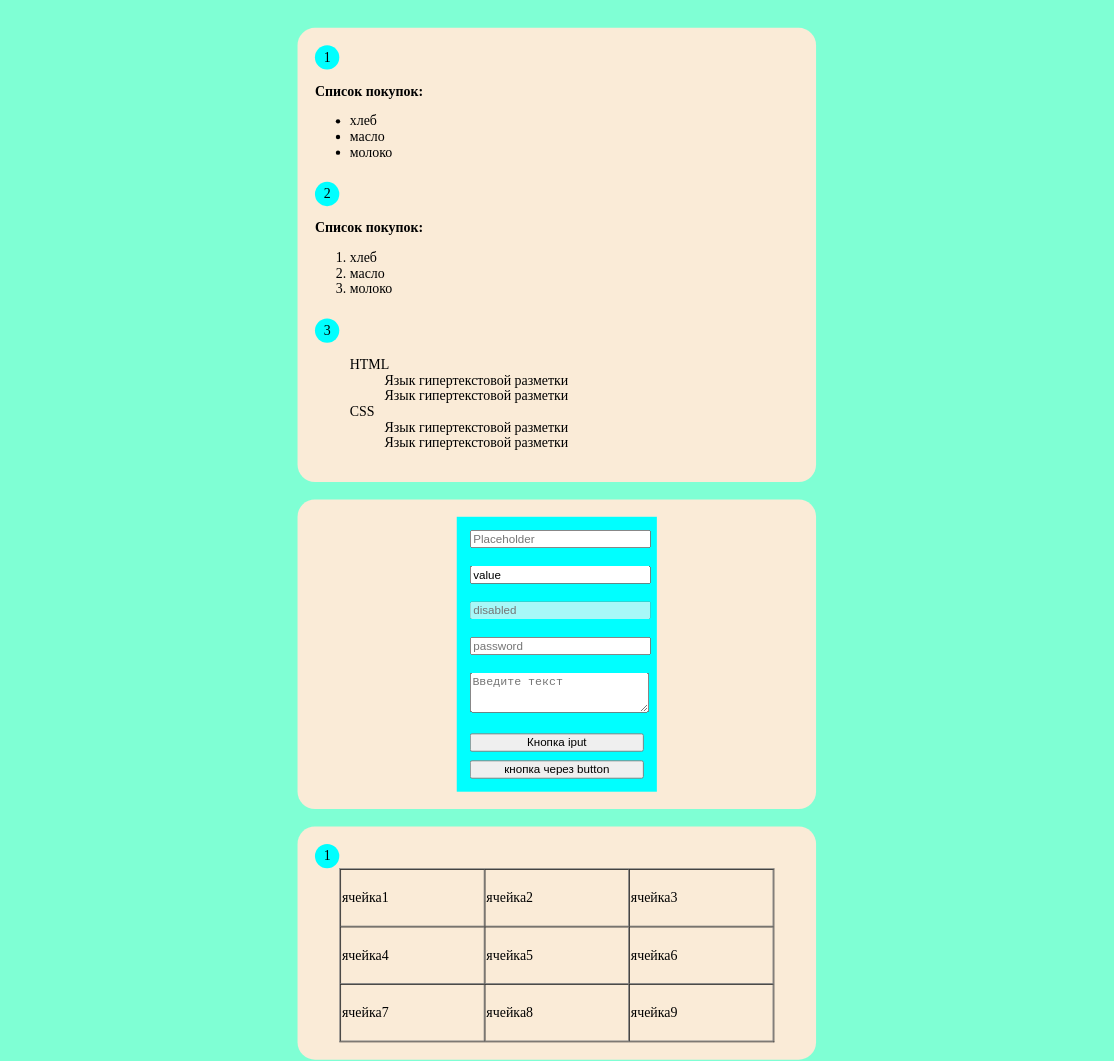
Repository: Savich01/-
Page: html/index.html
The author's editor kept a copy of each file at every save. The page is drawn from the files as they stood at one save, then again after the next save.
The browser window is 1280 px wide. The pictures show the whole page, at 87% of full size.

Above is the page before, as saved 2024-05-31 16:15:02.

### html/index.html
<!DOCTYPE html>
<html lang="en">
<head>
    <meta charset="UTF-8">
    <meta name="viewport" content="width=device-width, initial-scale=1.0">
    <title>Document</title>
    <link rel="stylesheet" href="/css/style.css">
</head>
<body>

    <header class="header">

    </header>
    <main class="main">
        <div class="container">
            <section class="section-1">
                <div class="block">1</div>
                <p class="text">
                    <b>Список покупок:</b>
                </p>
                <ul class="list">
                    <li>хлеб</li>
                    <li>масло</li>
                    <li>молоко</li>
                </ul>

                <div class="block">2</div>
                <p class="text">
                    <b>Список покупок:</b>
                </p>
                <ol class="list">
                    <li>хлеб</li>
                    <li>масло</li>
                    <li>молоко</li>
                </ol>

                <div class="block">3</div>
                <ul class="main-list--item">
                    <li>HTML
                        <ul>
                            <li class="main-link">Язык гипертекстовой разметки</li>
                            <li class="main-link">Язык гипертекстовой разметки</li>
                        </ul>
                    </li>
                    <li>CSS
                        <ul>
                            <li class="main-link">Язык гипертекстовой разметки</li>
                            <li class="main-link">Язык гипертекстовой разметки</li>
                        </ul>
                    </li>
                </ul>
            </section>

            <section class="section-2">
                <form action="#" class="form">
                    <input class="input" type="text" placeholder="Placeholder">
                    <input class="input" type="text" value="value">
                    <input class="input" type="text" disabled="disabled" placeholder="disabled">
                    <input class="input" type="password" placeholder="password">
                    <textarea class="textarea" placeholder="Введите текст"></textarea>
                    <input class="input-btn" type="button" value="Кнопка iput">
                    <button class="button">кнопка через button</button>
                </form>
            </section>

            <section class="section-3">
                <div class="block">1</div>
                <table class="table" width=500 height=200 border="1" cellpedding="0" cellspacing="0">
                    <tr class="table-line">
                        <td>ячейка1</td>
                        <td>ячейка2</td>
                        <td>ячейка3</td>
                    </tr>
                    <tr>
                        <td>ячейка4</td>
                        <td>ячейка5</td>
                        <td>ячейка6</td>
                    </tr>
                    <tr>
                        <td>ячейка7</td>
                        <td>ячейка8</td>
                        <td>ячейка9</td>
                    </tr>
                </table>
            </section>
        </div>
    </main>
    <footer class="footer">

    </footer>

</body>
</html>

### css/style.css
body{
    max-width: 600px;
    height: 100%;
    margin: 0 auto;
    background-color: aquamarine;
    padding: 0px 10px;
}

.container{
    padding: 2px;
    margin-top: 30px;
}
/* ==========SECTION-1========================== */
.section-1{
    padding: 20px;
    background-color: antiquewhite;
    border-radius: 20px;
    margin-bottom: 20px;
}

.block{
    background-color:aqua;
    display: inline-block;
    padding: 5px 10px;
    border-radius: 100%;
}

.list{
    margin-bottom: 25px;
}
.main-list--item{
    list-style: none;
    /* text-decoration: none; */
}

.main-link{
    list-style: none;
}

/* ==========SECTION-2========================== */

.section-2{
    background-color: antiquewhite;
    border-radius: 20px;
    padding: 20px;
    margin-bottom: 20px;
}

.form{
    margin: 0 auto;
    max-width: 200px;
    padding: 15px;
    background-color: aqua;
}
.input{
    margin: 0 auto;
    width: 100%;
    margin-bottom: 20px;
}
.textarea{
    width: 100%;
    height: 40px;
    margin-bottom: 20px;
}

.input-btn{
    display: block;
    width: 100%;
    margin-bottom: 10px;
    cursor: pointer;
}
.button{
    display: block;
    width: 100%;
    cursor: pointer;
}

/* ==========SECTION-3========================== */

.section-3{
    background-color: antiquewhite;
    border-radius: 20px;
    padding: 20px;
}

.table{
    margin: 0 auto;
    /* height: 200px; */
}

After the next save:
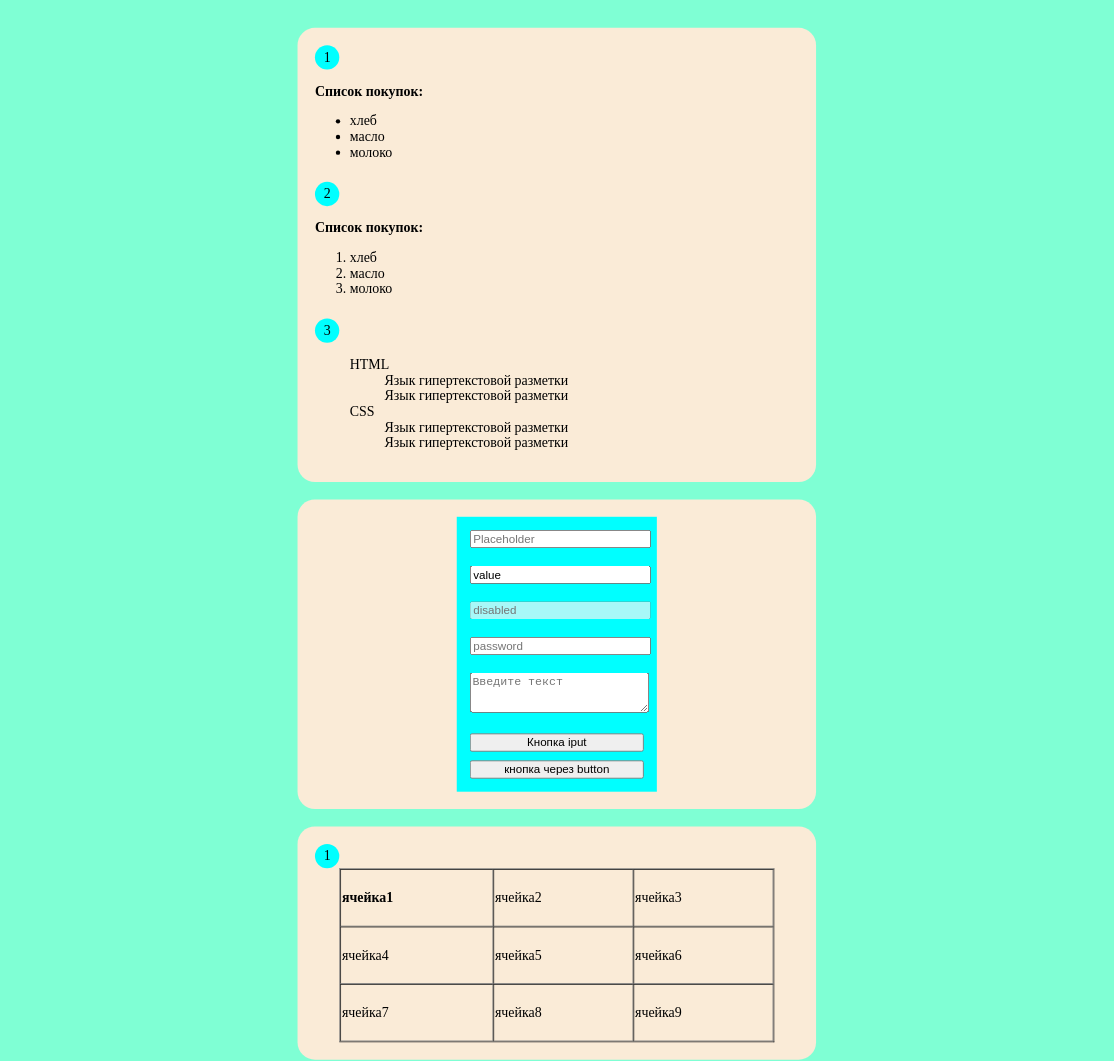
Saved 26 s later.
--- a/html/index.html
+++ b/html/index.html
@@ -67,7 +67,7 @@
                 <div class="block">1</div>
                 <table class="table" width=500 height=200 border="1" cellpedding="0" cellspacing="0">
                     <tr class="table-line">
-                        <td>ячейка1</td>
+                        <td><b>ячейка1</b></td>
                         <td>ячейка2</td>
                         <td>ячейка3</td>
                     </tr>

After the save that followed:
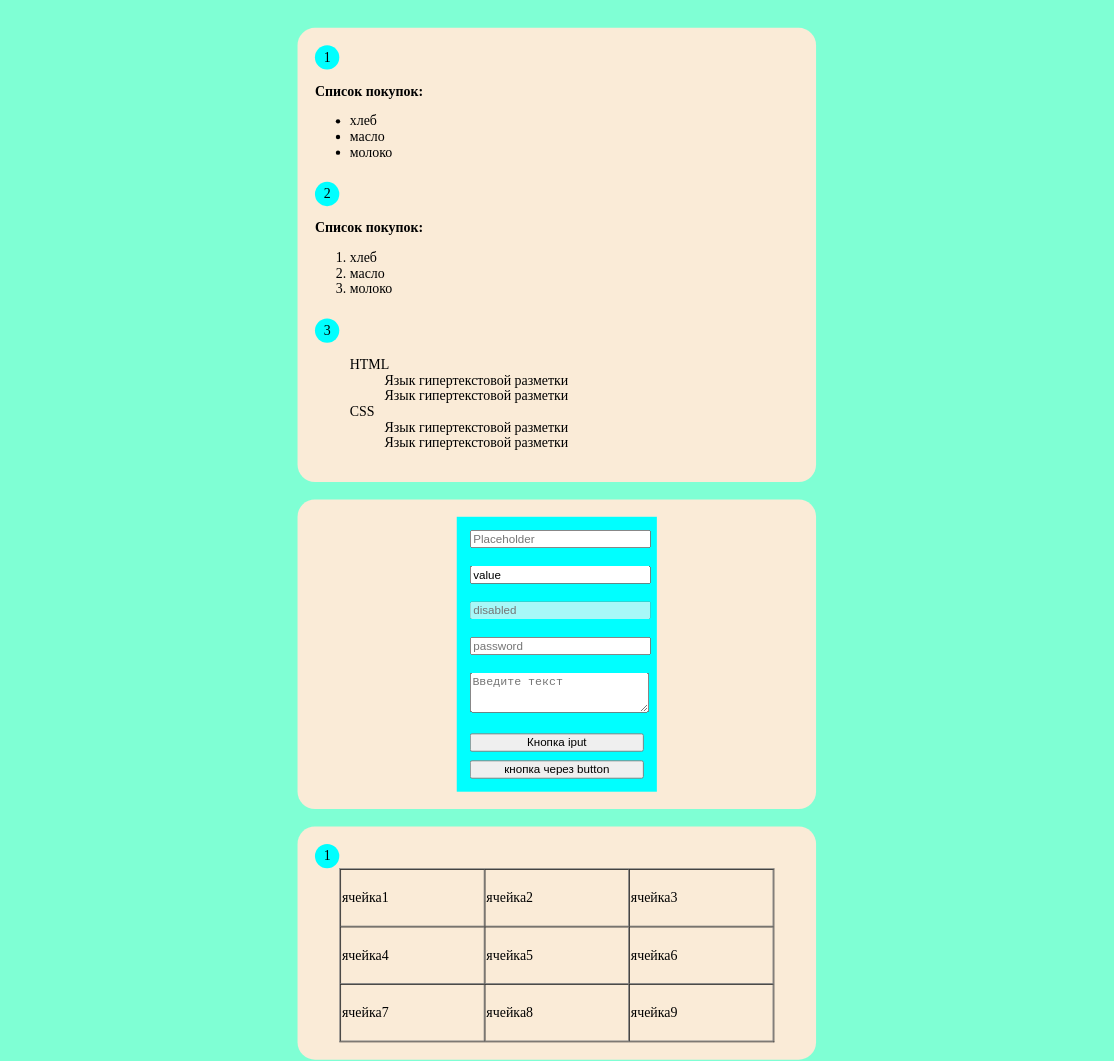
Saved 11 s later.
--- a/html/index.html
+++ b/html/index.html
@@ -67,7 +67,7 @@
                 <div class="block">1</div>
                 <table class="table" width=500 height=200 border="1" cellpedding="0" cellspacing="0">
                     <tr class="table-line">
-                        <td><b>ячейка1</b></td>
+                        <td>ячейка1</td>
                         <td>ячейка2</td>
                         <td>ячейка3</td>
                     </tr>
